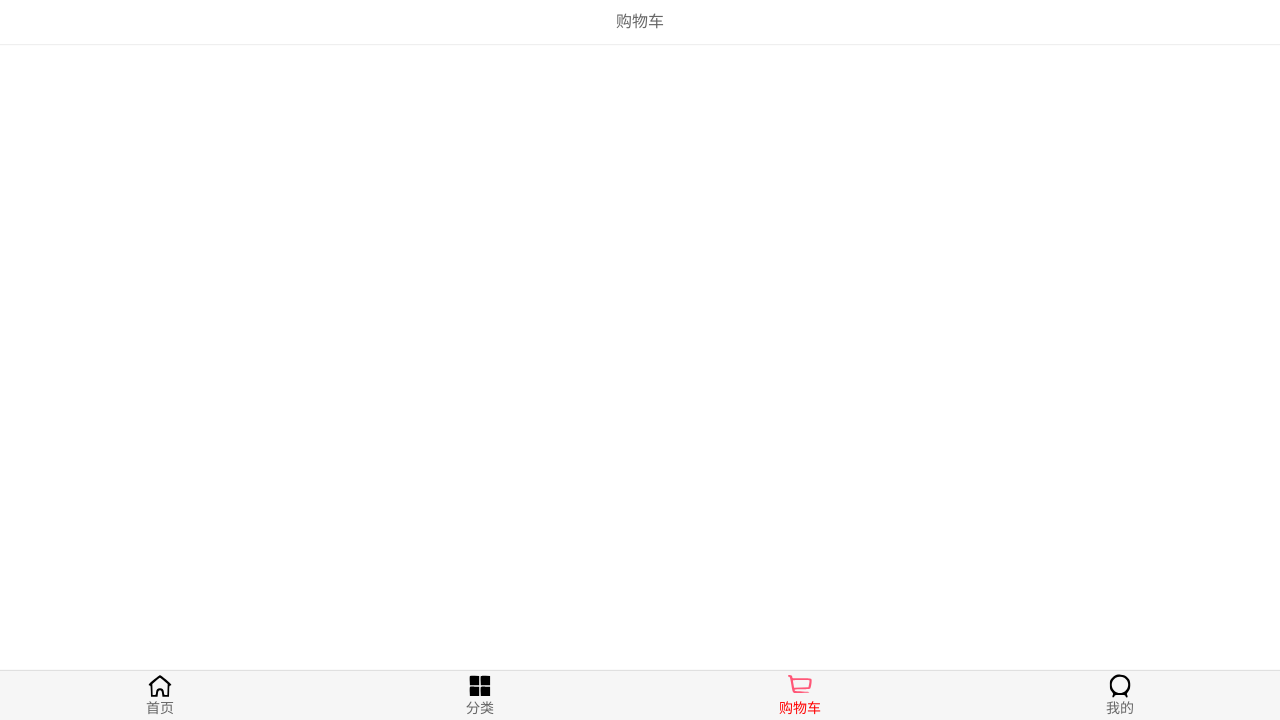
Repository: 2074623967/mymall
Page: /cart
These files come from the project's save history. The page is drawn as it stood at one moment and after the next save; the edit follows.
The browser window is 1280 px wide. The pictures show the whole page.
The project was rebuilt for these pictures with package versions that can differ from the ones it lists, and the page was loaded fresh each time. Also part of the build but not shown: vue.config.js. Imported but missing from the stored project, and not drawn on this page: src/common/const.

Above is the page before, as saved 2021-08-31 17:05:42.

After the next save:
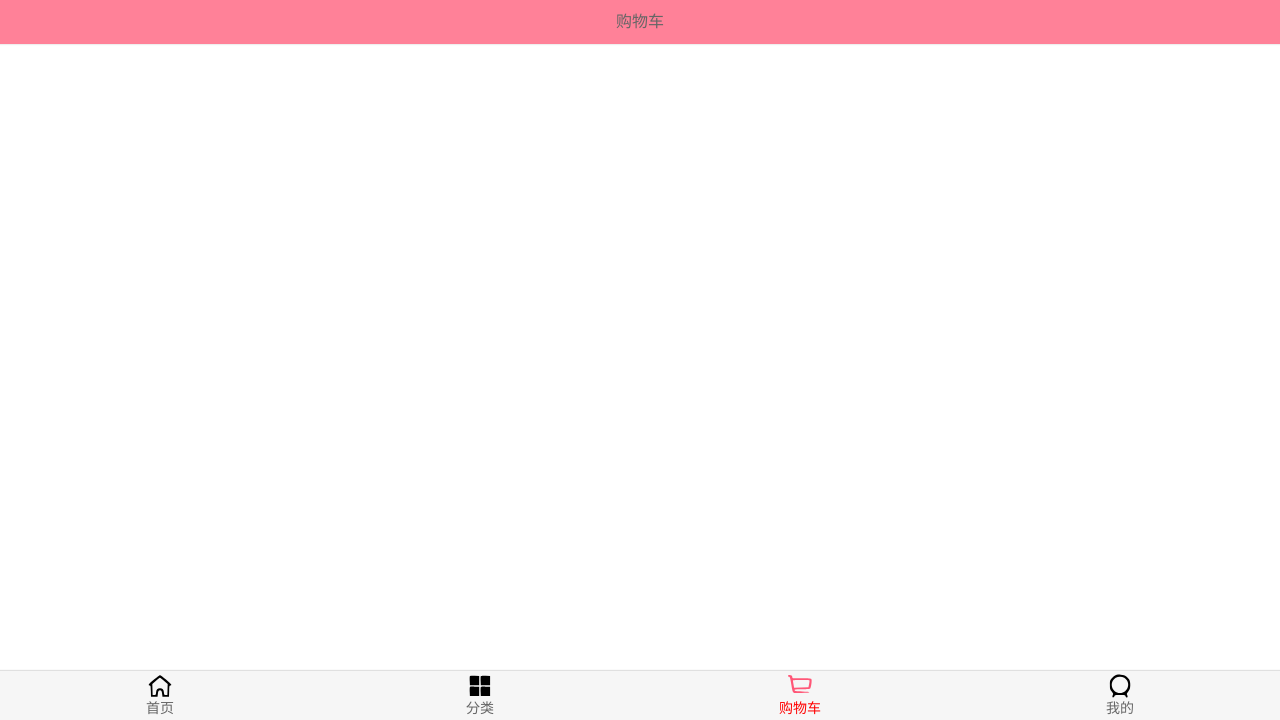
Saved 39 s later.
--- a/src/views/cart/childComps/CartNavBar.vue
+++ b/src/views/cart/childComps/CartNavBar.vue
@@ -28,6 +28,6 @@ export default {
    margin-top: 10px;
 }
 .nav-bar{
-  background-color: var(--in);
+  background-color: var(--color-tint);
 }
 </style>
